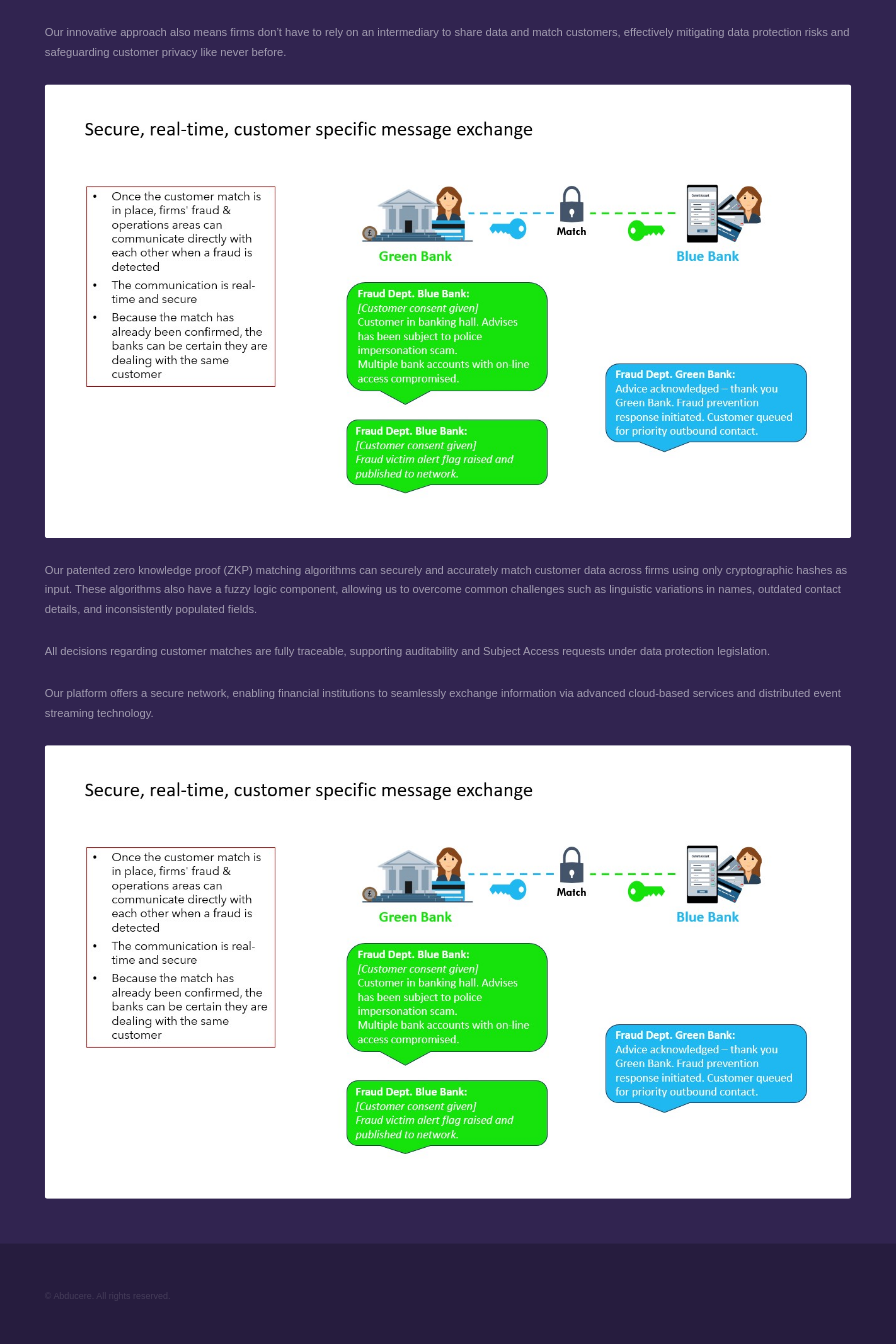
Repository: nocnoc94/nocnoc94.github.io
Page: our-solution.html
These files come from the project's save history. The page is drawn as it stood at one moment and after a run of saves; the edit follows.
The browser window is 1280 px wide. The pictures show the part of the page from y = 1222 to 3142 px (the page is 3142 px tall), at 70% of full size.

Above is the page before, as saved 2024-03-21 16:25:32.

### our-solution.html
<!DOCTYPE HTML>
<html>

<head>
	<title>Abducere - Our Solution</title>
	<meta charset="utf-8" />
	<meta name="viewport" content="width=device-width, initial-scale=1, user-scalable=no" />
	<link rel="icon" href="/static/images/favicon.ico" type="image/x-icon">
	<link rel="stylesheet" href="/static/css/main.css" />
	<noscript>
		<link rel="stylesheet" href="/static/css/noscript.css" />
	</noscript>
</head>

<body class="is-preload">

	<!-- Header -->
	<header id="header">
		<!-- <a href="index.html" class="title">Abducere</a> -->
		<a id="headerLogo" class="image" href="index.html"><img src="/static/images/abducere-logo-1.png" alt=""
				data-position="left left" /></a>
		<nav>
			<ul>
				<li><a href="index.html">Home</a></li>
				<li><a href="the-problem.html">The Problem</a></li>
				<li><a href="our-solution.html" class="active">Our Solution</a></li>
				<li><a href="who-we-are.html">Who We Are</a></li>
			</ul>
		</nav>
	</header>

	<!-- Wrapper -->
	<div id="wrapper">

		<!-- Main -->
		<section id="main" class="wrapper">
			<div class="inner">
				<h1 class="major">Our Solution</h1>
				<!-- <span class="image fit"><img src="/static/images/Match.drawio.png" alt="" /></span> -->
				<span class="image fit"><img src="/static/images/how-it-works-1.jpg" alt="" /></span>
				<p>By using a customer's own personal details to create an array of cryptographic hashes, we generate a
					keyset which is completely unique to that customer.
				</p>
				<p>This provides an unparalleled level of protection for sensitive customer personal data, as it allows
					firms to match customers directly between themselves without ever having to share or reveal
					sensitive personal data outside their own secure networks.
				</p>
				<p>Our innovative approach also means firms don’t have to rely on an intermediary to share data and
					match customers, effectively mitigating data protection risks and safeguarding customer privacy like
					never before.
				</p>
				<span class="image fit"><img src="/static/images/how-it-works-2.jpg" alt="" /></span>
				<p>Our patented zero knowledge proof (ZKP) matching algorithms can securely and accurately match
					customer data across firms using only cryptographic hashes as input. These algorithms also have a
					fuzzy logic component, allowing us to overcome common challenges such as linguistic variations in
					names, outdated contact details, and inconsistently populated fields.
				</p>
				<p>All decisions regarding customer matches are fully traceable, supporting auditability and Subject
					Access requests under data protection legislation.
				</p>
				<p>Our platform offers a secure network, enabling financial institutions to seamlessly exchange
					information via advanced cloud-based services and distributed event streaming technology.
				</p>
				<span class="image fit"><img src="/static/images/how-it-works-2.jpg" alt="" /></span>
			</div>
		</section>

	</div>

	<!-- Footer -->
	<footer id="footer" class="wrapper alt">
		<div class="inner">
			<ul class="menu">
				<li>&copy; Abducere. All rights reserved.</li>
			</ul>
		</div>
	</footer>

	<!-- Scripts -->
	<script src="/static/js/jquery.min.js"></script>
	<script src="/static/js/jquery.scrollex.min.js"></script>
	<script src="/static/js/jquery.scrolly.min.js"></script>
	<script src="/static/js/browser.min.js"></script>
	<script src="/static/js/breakpoints.min.js"></script>
	<script src="/static/js/util.js"></script>
	<script src="/static/js/main.js"></script>

</body>

</html>

Loaded but not shown: static/js/jquery.min.js (library); static/js/jquery.scrollex.min.js (common file); static/js/jquery.scrolly.min.js (common file); static/js/browser.min.js (common file); static/js/breakpoints.min.js (common file); static/css/fontawesome-all.min.css (library); static/js/util.js (587 lines, source omitted); static/js/main.js (190 lines, source omitted); static/css/main.css (4012 lines, source omitted)

After the next 3 saves:
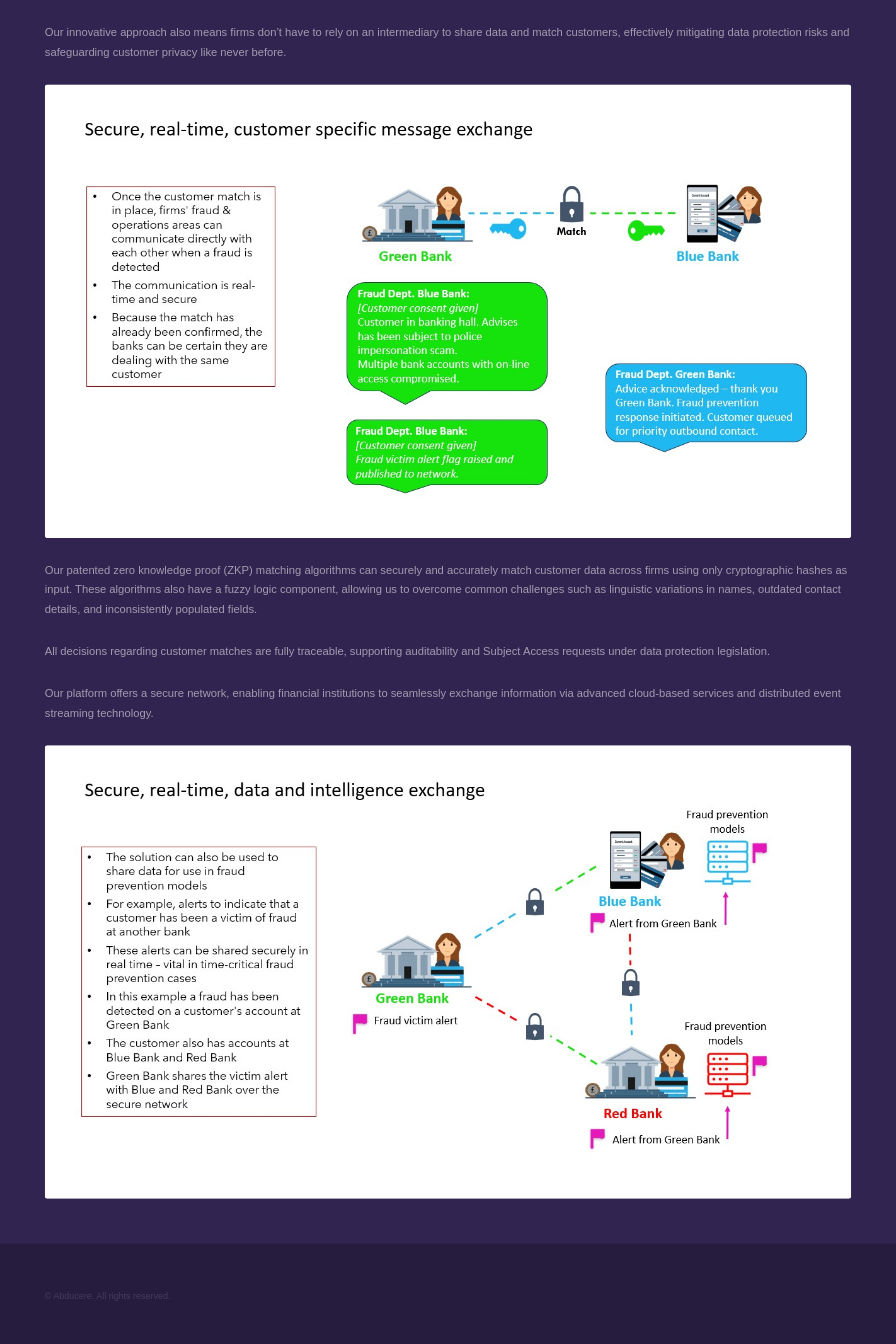
The 3 saves are shown as one change because they came seconds apart.
The last was saved 11 s later.
--- a/our-solution.html
+++ b/our-solution.html
@@ -61,7 +61,8 @@
 				<p>Our platform offers a secure network, enabling financial institutions to seamlessly exchange
 					information via advanced cloud-based services and distributed event streaming technology.
 				</p>
-				<span class="image fit"><img src="/static/images/how-it-works-2.jpg" alt="" /></span>
+				<span class="image fit"><img src="/static/images/how-it-works-3.jpg" alt="" /></span>
+				<p></p>
 			</div>
 		</section>
 
